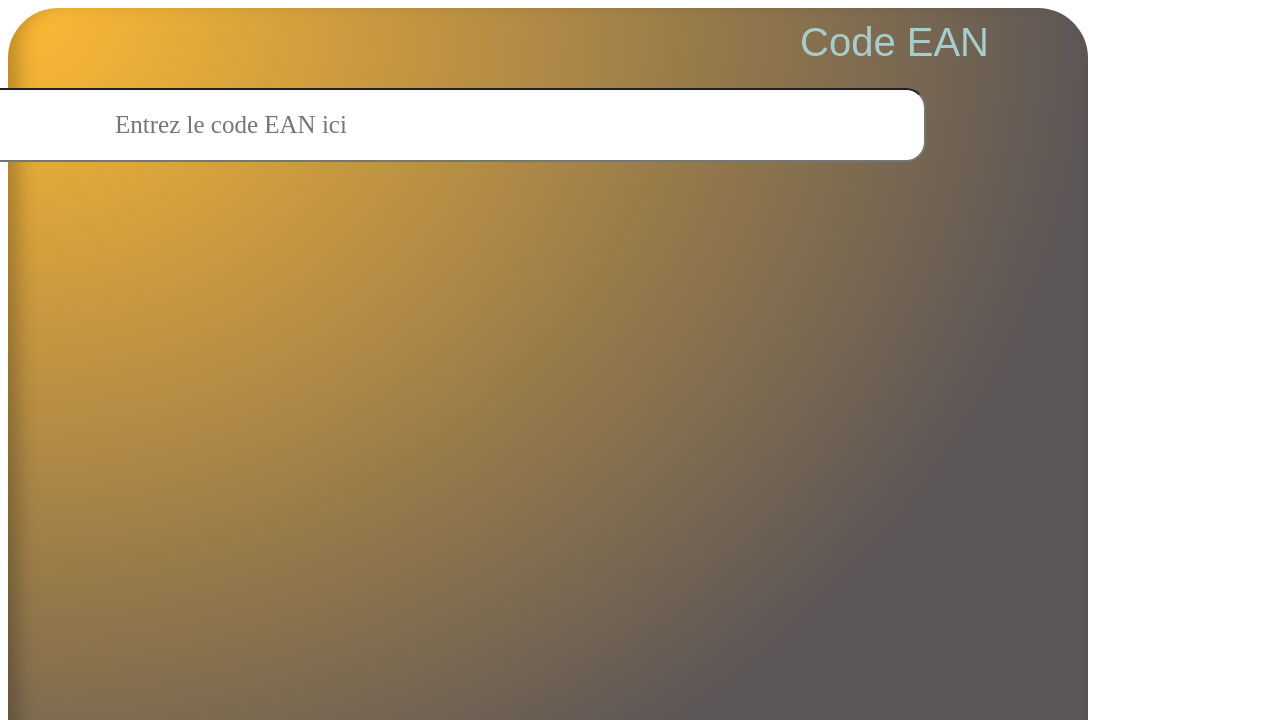
Repository: Zouz01/exo-toucan
Page: index.html
These files come from the project's save history. The page is drawn as it stood at one moment and after the next save; the edit follows.
The browser window is 1280 px wide. The pictures show the whole page.

Above is the page before, as saved 2023-09-21 11:30:07.

### index.html
<!DOCTYPE html>
<html lang="fr">
<head>
    <meta charset="UTF-8">
    <meta name="viewport" content="width=device-width, initial-scale=1">
    <title>TOUCAN API</title>
    <link rel="stylesheet" type="text/css" href="main.css">
</head>
<body>
    <div class="container">
        <!-- Formulaire de recherche -->
        <form id="product-form" action="https://fr.openfoodfacts.org/api/v0/product/<<code_EAN_13>>" method="POST">
            <label for="code_ean">Code EAN </label>
            <input type="text" id="code_ean" name="code_ean" placeholder="Entrez le code EAN ici"><!-- Champ de saisie du code EAN -->
            <button type="submit" id="submit">Rechercher</button> <!-- Bouton de soumission du formulaire -->
        </form>

        <!-- Conteneur pour l'affichage de l'image et des informations -->
        <div><img id="img"></div>
        <div id="product-info"></div>
    </div>

    <!-- Inclusion du script JavaScript -->
    <script src="main.js"></script>
</body>
</html>

### main.css
body {
    font-family: Arial, sans-serif;

}

.container {
    width: 428px;
    height: 926px;
   position: fixed;
    text-align: center;

    background: radial-gradient(100% 100% at 0% 0%, #FFBA33 0%, #5e5757 100%);
   /* background: radial-gradient(100% 100% at 0% 0%, #A6A6A6 0.46%, #000000 78.06%);
    background: linear-gradient(167.94deg, #7AA77E 0%, #476F72 100%);*/

    opacity: 1.8;
    box-shadow: inset 10px -10px 20px rgba(0, 0, 0, 0.25);
    border-radius: 50px;
}

/* position ecriture label*/
label {

    top: 20px;
    font-size: 40px;
    color: rgb(167, 204, 204);
   left: 120px;
    position :fixed;



}
/*position img*/
#img {
    position: relative;
   border-radius: 20px;
   width: 20%;
   top: 600px;
}

/*position retour d'information produit*/
 #product-info {
    position: absolute;
    padding: 20px;
    color:rgb(171, 221, 205);
    top: 100px;

 }
h2 {
    font-size: xx-large;
    color: #7af3b1;
}
p{
    font-size: larger ;
}

/* Champ de saisie pour entrer le code EAN */
#code_ean {
    position: absolute;
   border-radius: 20px;
    width: 382px;
    height: 38px;
   right:24px ;
    top: 80px;
    font-family: 'Montserrat';
font-style: normal;
font-weight: 500;
font-size: 25px;
line-height: 30px;
text-align: center;

color: #0f0d0d;



}

/* Bouton de recherche */
button[type="submit"] {
    position: absolute;
    width: 144px;
    height: 63px;
  background-color: #67d699;
    bottom: 50px;
    border-radius: 20px;
    right: 145px;



}




/* styles pour les écrans plus grands */
@media (min-width: 900px) {
     .container {
        width: 1080px;
        height: 900px;
     }
        button[type="submit"] {
            position: absolute;
    width: 184px;
    height: 83px;
  background-color: #67d699;
    bottom: 50px;
    border-radius: 20px;
    right: 870px;
        }
        #code_ean {
            position: absolute;
           border-radius: 20px;
            width: 1382px;
            height: 68px;
           right:15% ;
            top: 80px;
            font-family: 'Montserrat';
        font-style: normal;
        font-weight: 500;
        font-size: 25px;
        line-height: 30px;
        text-align: center;
        color: #0f0d0d;

 }
 label {

    top: 20px;
    font-size: 40px;
    color: rgb(167, 204, 204);
   left: 800px;
    position :fixed;

}
#product-info {
    position: absolute;
    padding: 50px;
    color:rgb(171, 221, 205);
    top: 200px;
    left: 30%;

 }
 #img {
    position: relative;
   border-radius: 20px;
   max-width: 20%;
   max-height: 10%;
   top: 230px;
   right: 30%;
}
h2 {
    font-size: 50px;
    color: aqua;
}
p{
    font-size: 30px ;
}
}

### main.js
const form = document.querySelector("#product-form"); //Interagit avec  HTML avec l'id "product-form"
const code_ean = document.querySelector("#code_ean"); //Interagit avec  HTML  avec l'id "code_ean"
const productInfo = document.querySelector("#product-info"); //Interagit avec  HTML avec l'id "les informations produits"
const img = document.querySelector("#img");  //Interagit avec  HTML avec l'id "les images"
const submit = document.querySelector("#submit");  //Interagit avec  HTML avec l'id "Boutton envoi"


submit.addEventListener("click", (e) => { // Ecouteur d'événement sur le bouton d'envoi qui écoute un événement de clic
    e.preventDefault();

    // validation du code
    if (code_ean.value.length !== 13) {
        alert("Le code EAN doit contenir 13 chiffres.");// Le script vérifie si la valeur du champ de saisie du code EAN comporte 13 caractères
        return;                                         // Sinon, il affiche une alerte indiquant que le code EAN doit contenir 13 chiffres.
    }else

// Si code correct alors ...
    // Récupére les informations du produit depuis l'API
    fetch("https://fr.openfoodfacts.org/api/v0/product/" + code_ean.value) //Méthode pour envoyer une requête GET à l'API
        .then((reponse) => reponse.json())   //  Convertit  la réponse de l'API en JSON
        .then((data) => {                    //  Pour accéder aux données.
            let product = data.product;
            img.src = product.image_url;


             //Affiche les informations sur le produit, ( avec innerHTML on definila source de l'éléments)
             productInfo.innerHTML =`
             <h2><b>Nom</b> : ${product.abbreviated_product_name}</h2>
             <p><b>Marque</b> : ${product.brands}</p>
             <p><b>Catégorie</b> : ${product.categories}</p>
             <p><b>Ingrédients</b> : ${product.ingredients_text}</p>`
             console.log (data)
        }); // ${} veut dire interpreter

});

   /*fecht veut dire aller chercher*/

After the next save:
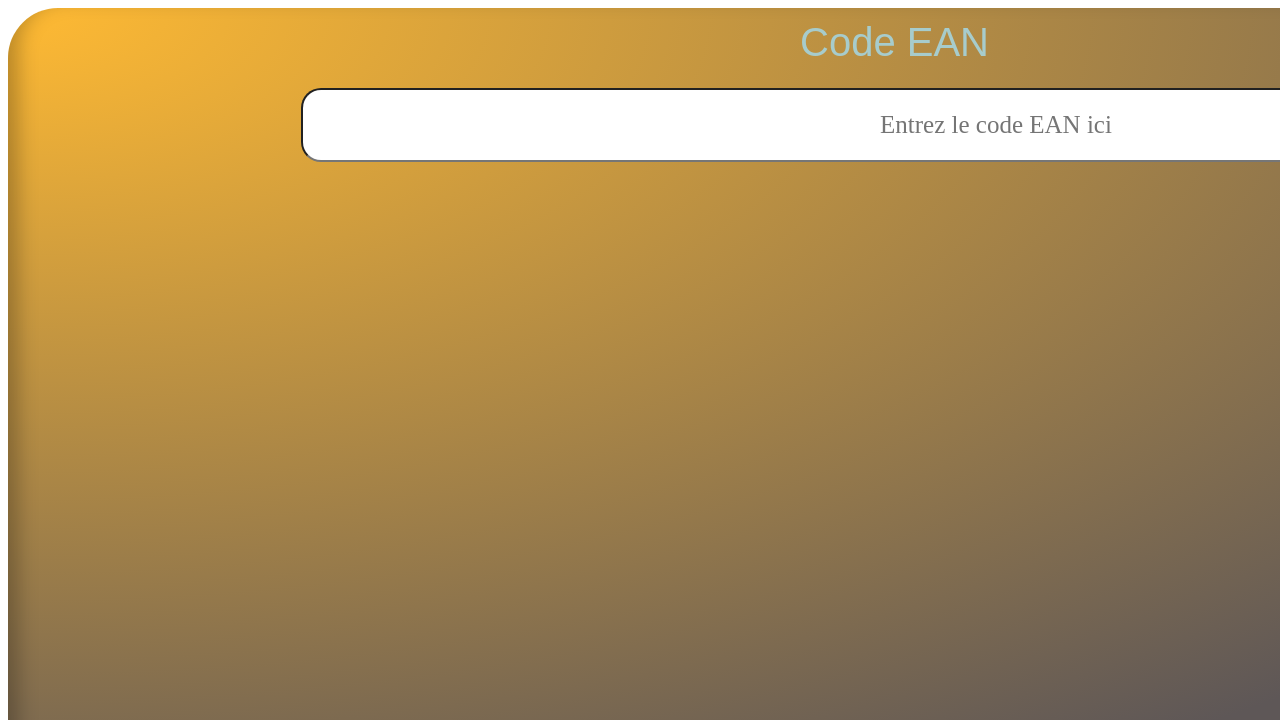
Saved 11 s later.
--- a/main.css
+++ b/main.css
@@ -95,7 +95,7 @@ button[type="submit"] {
 /* styles pour les écrans plus grands */
 @media (min-width: 900px) {
      .container {
-        width: 1080px;
+        width: 1980px;
         height: 900px;
      }
         button[type="submit"] {
